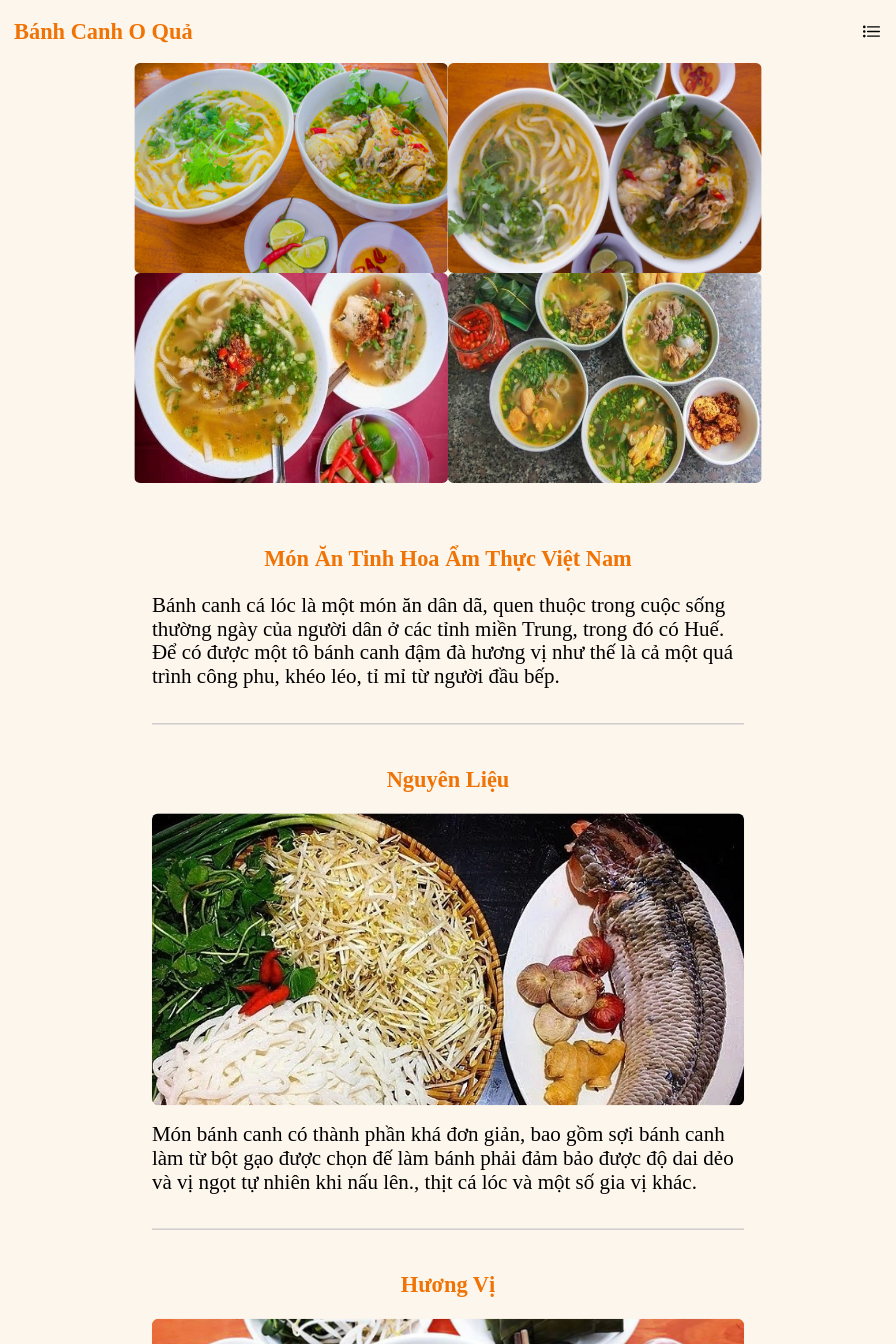
Repository: LeCongTuan2608/AmThuc
Page: public/index.html
The author's editor kept a copy of each file at every save. The page is drawn from the files as they stood at one save, then again after the next save.
The browser window is 1280 px wide. The pictures show the part of the page from y = 0 to 1920 px (the page is 3527 px tall before and 3227 px after), at 70% of full size.
Some web fonts or font styles are not loaded; a fallback is used. Some web libraries are served in a nearby version. The style sheet was rebuilt from its Sass, Less or Tailwind sources for each picture, by a compiler version that may differ from the author's.

Above is the page before, as saved 2022-04-15 13:01:19.

After the next save:
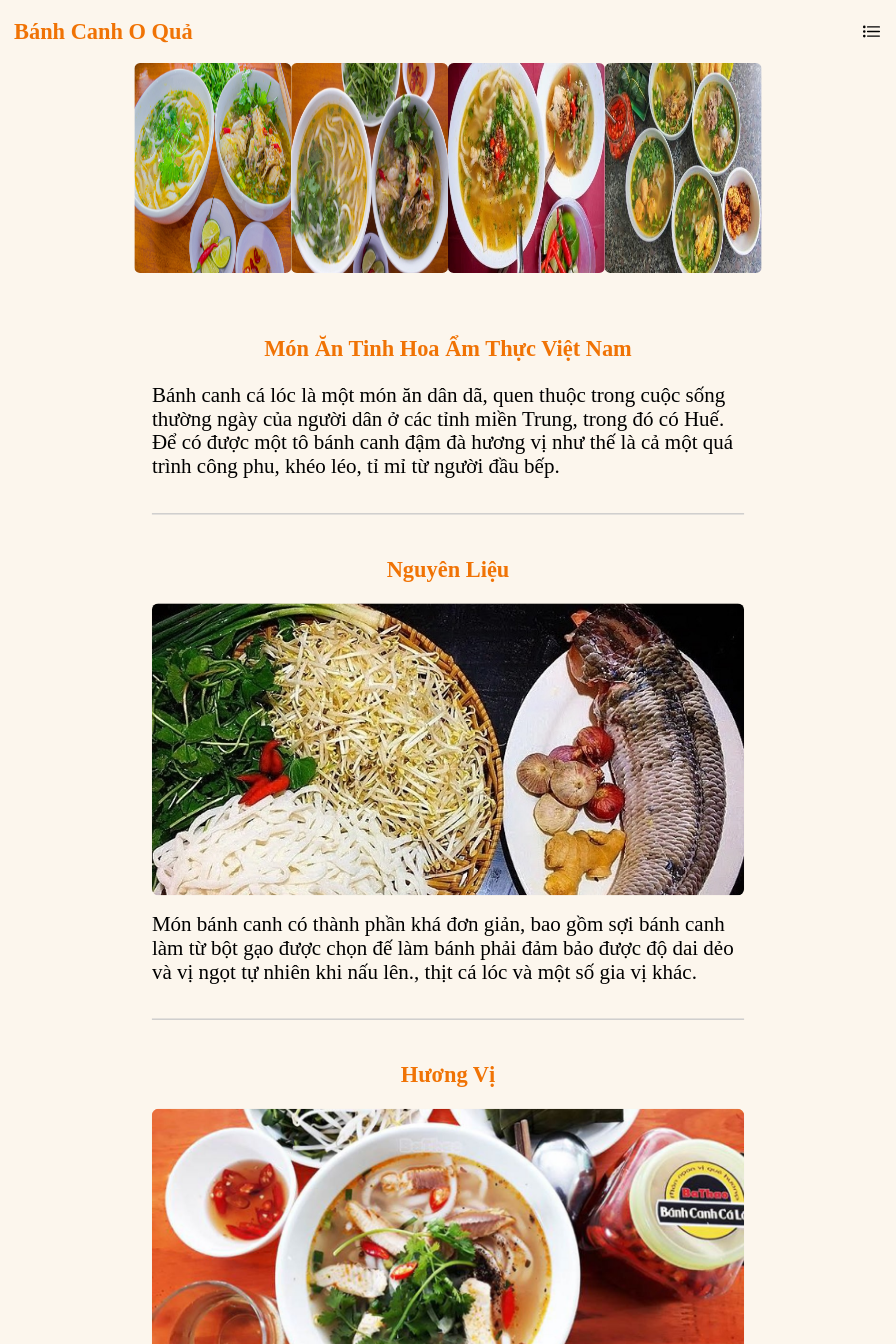
Saved 5 s later.
--- a/sass/index.scss
+++ b/sass/index.scss
@@ -44,7 +44,7 @@ main #container{
 }
 #top {
     display: grid;
-    grid-template-columns: repeat(2, 1fr);
+    grid-template-columns: repeat(4, 1fr);
 }
 .image{
     height: 300px;
